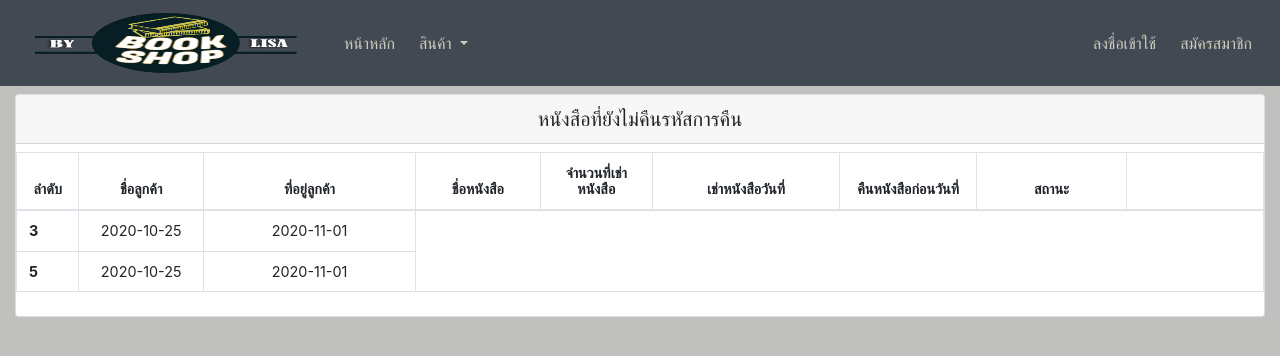
Repository: peawza/shopbook
Page: http://localhost/returnproduct.php?Order_id=24
The author's editor kept a copy of each file at every save. The page is drawn from the files as they stood at one save, then again after the next save.
The browser window is 1280 px wide. The pictures show the whole page.
The page is run by PHP 8.4 with error messages shown; the project is at /var/www/html/. The database holds what the project's SQL file puts in it.

Above is the page before, as saved 2020-10-01 11:25:08.

After the next save:
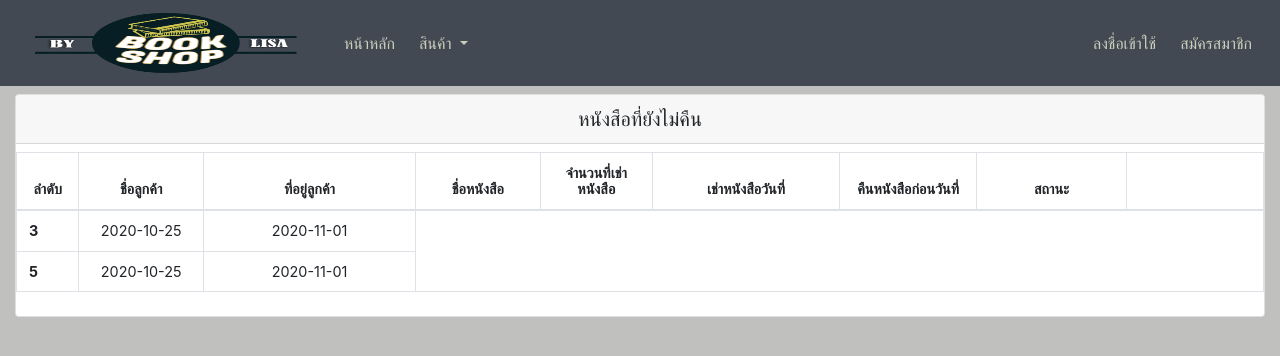
Saved 23 s later.
--- a/returnproduct.php
+++ b/returnproduct.php
@@ -18,7 +18,6 @@
     //print_r($_GET);
     //echo '<pre>';
     $i = 1;
-    // $code = sprintf('O-%04d', $_GET['Order_id']);
 
     ?>
 </head>
@@ -26,7 +25,7 @@
 <body>
     <div class="container-fluid py-2">
         <div class="card ">
-            <h5 class="card-header text-center">หนังสือที่ยังไม่คืนรหัสการคืน <?php $code ?> </h5>
+            <h5 class="card-header text-center">หนังสือที่ยังไม่คืน</h5>
 
             <div class="py-2">
                 <table class="table table-bordered table-responsive-sm">
